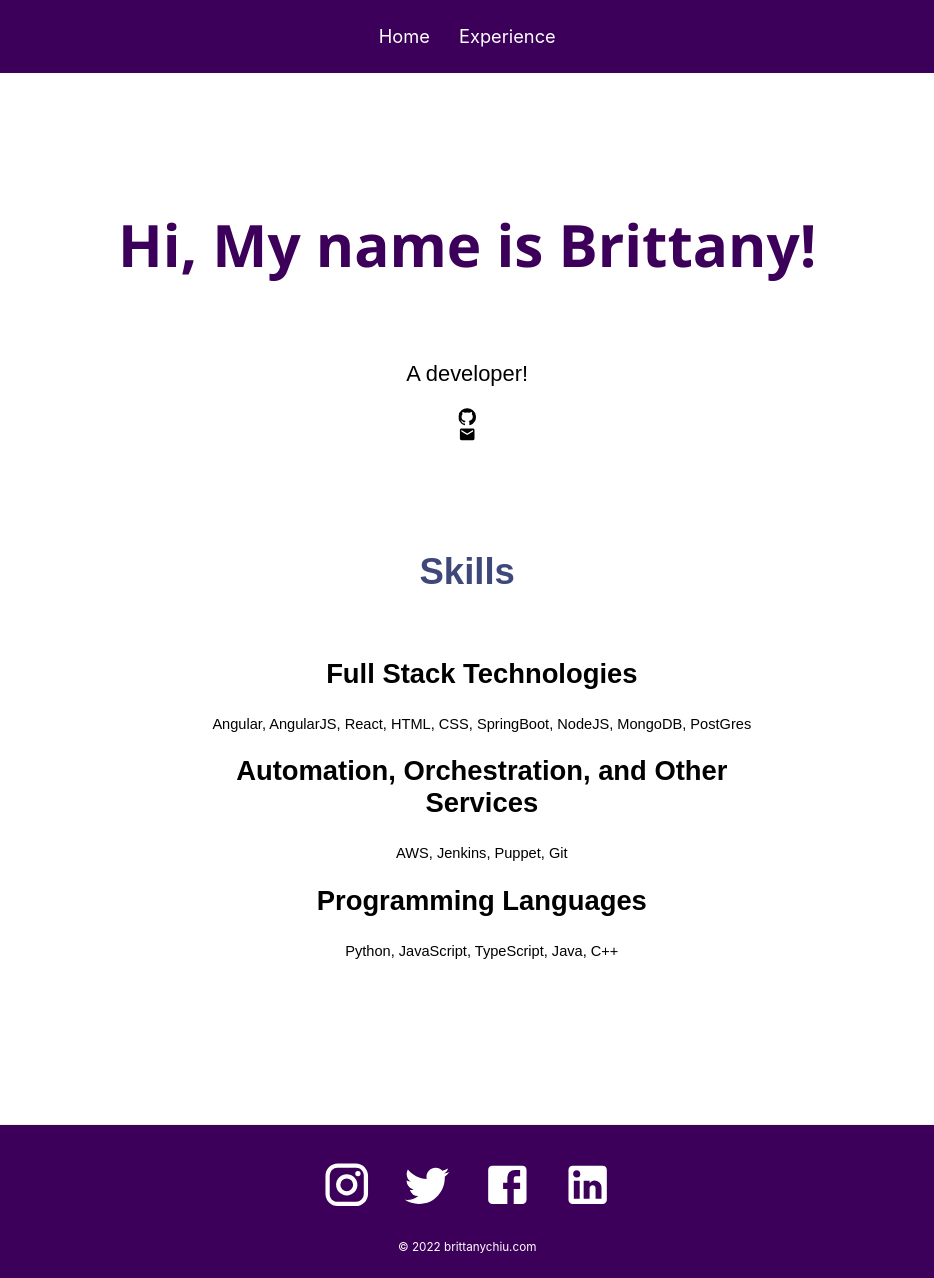
Repository: chiubacca94/chiufolio
Page: /
These files come from the project's save history. The page is drawn as it stood at one moment and after the next save; the edit follows.
The browser window is 1280 px wide. The pictures show the whole page, at 73% of full size.
The project was rebuilt for these pictures with package versions that can differ from the ones it lists, and the page was loaded fresh each time. Also part of the build but not shown: src/components/Projects/Projects.js, src/components/Experiences/Experiences.js.

Above is the page before, as saved 2022-07-04 05:37:39.

After the next save:
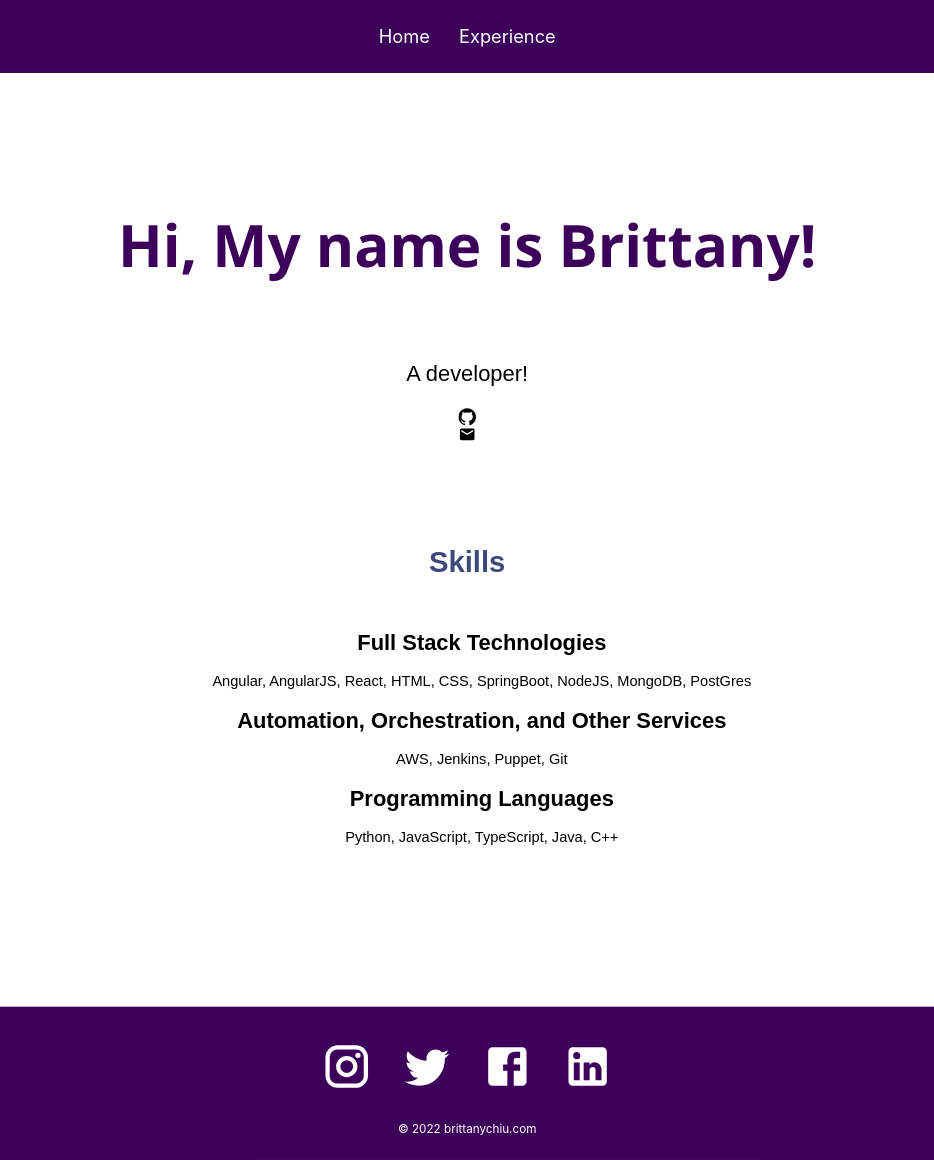
Saved 26 s later.
--- a/src/components/Home/Home.css
+++ b/src/components/Home/Home.css
@@ -37,7 +37,7 @@
   }
 
   .skills {
-    font-size: 25px;
+    font-size: 20px;
     width: 100%;
     display: flex;
     justify-content: center;
